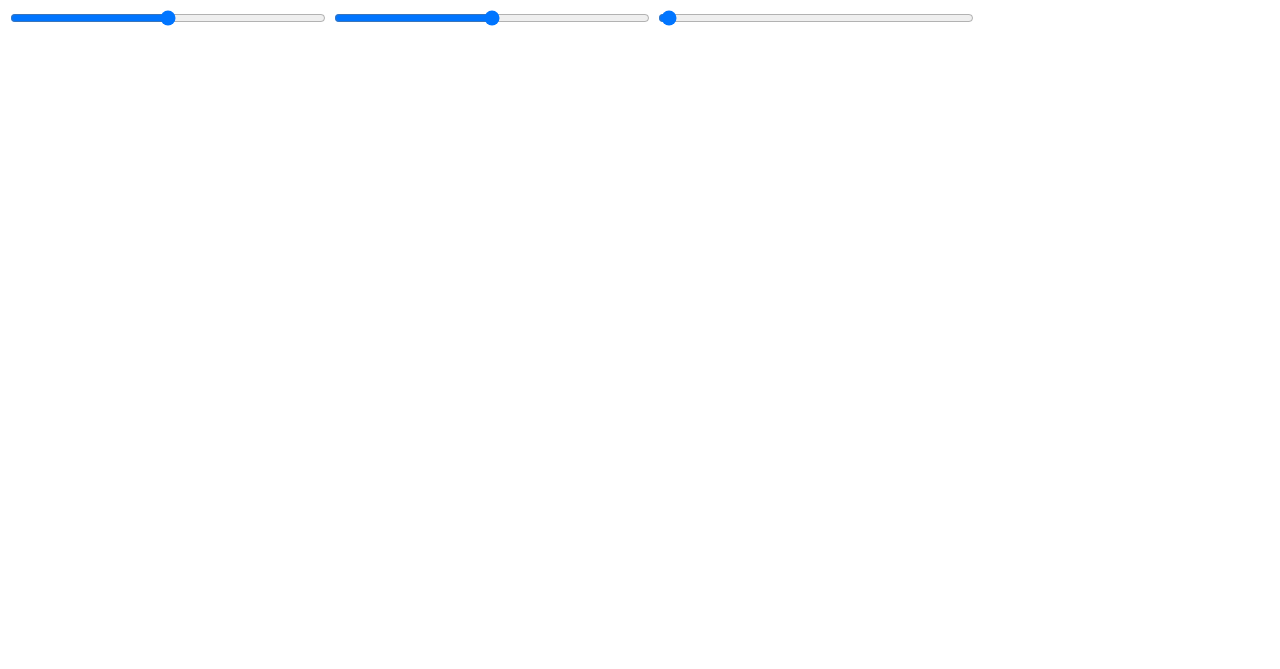
Repository: JoinGame-A36664/Build-House-WebGL
Page: index.html
The author's editor kept a copy of each file at every save. The page is drawn from the files as they stood at one save, then again after a run of saves.
The browser window is 1280 px wide. The pictures show the whole page.

Above is the page before, as saved 2021-10-24 22:51:46.
Console error: ReferenceError: initShaders is not defined

After the next 8 saves:
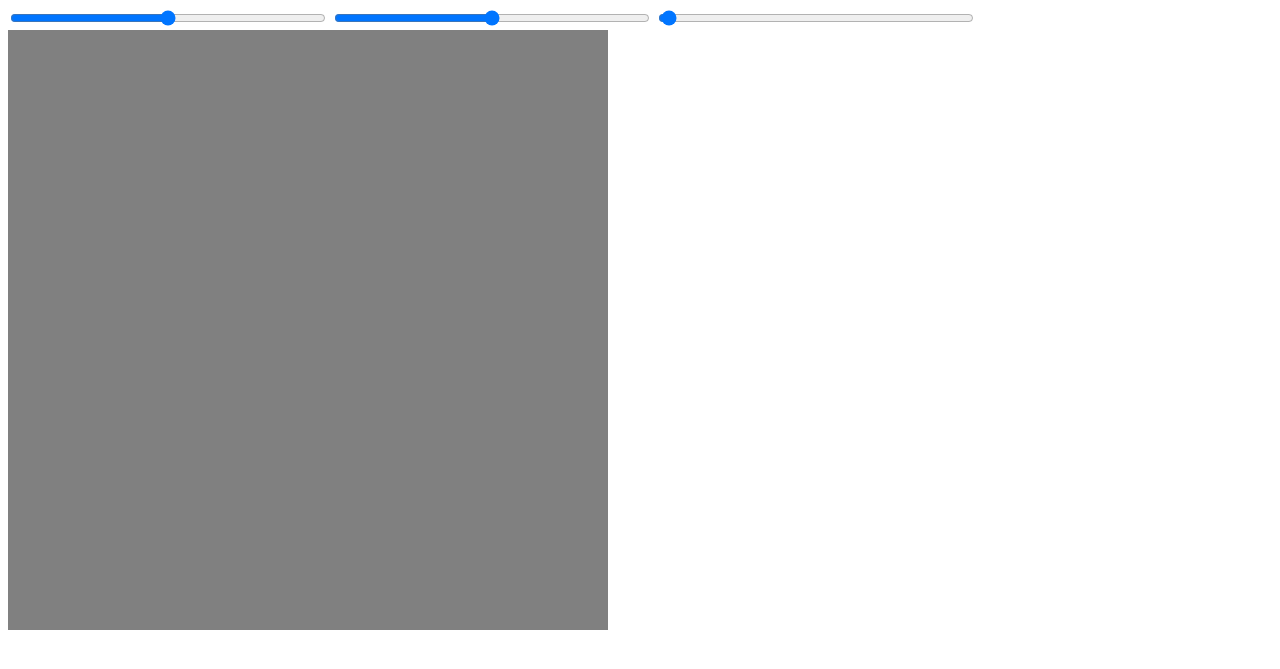
The error is gone.
The 8 saves are shown as one change because they came seconds apart.
The last was saved 18 s later.
--- a/index.html
+++ b/index.html
@@ -61,7 +61,7 @@
 		<canvas id="gl-canvas" width="600" height="600">
 			Oops ... your browser doesn't support the HTML5 canvas element
 		</canvas>
-		<script type="text/javascript" src="./Common/flatten.js" />
+		<script type="text/javascript" src="./Common/flatten.js"></script>
 		<script type="text/javascript" src="Common/initShaders.js"></script>
 		<script type="text/javascript" src="Common/MVnew.js"></script>
 		<script type="text/javascript" src="Bietthu1.js"></script>
